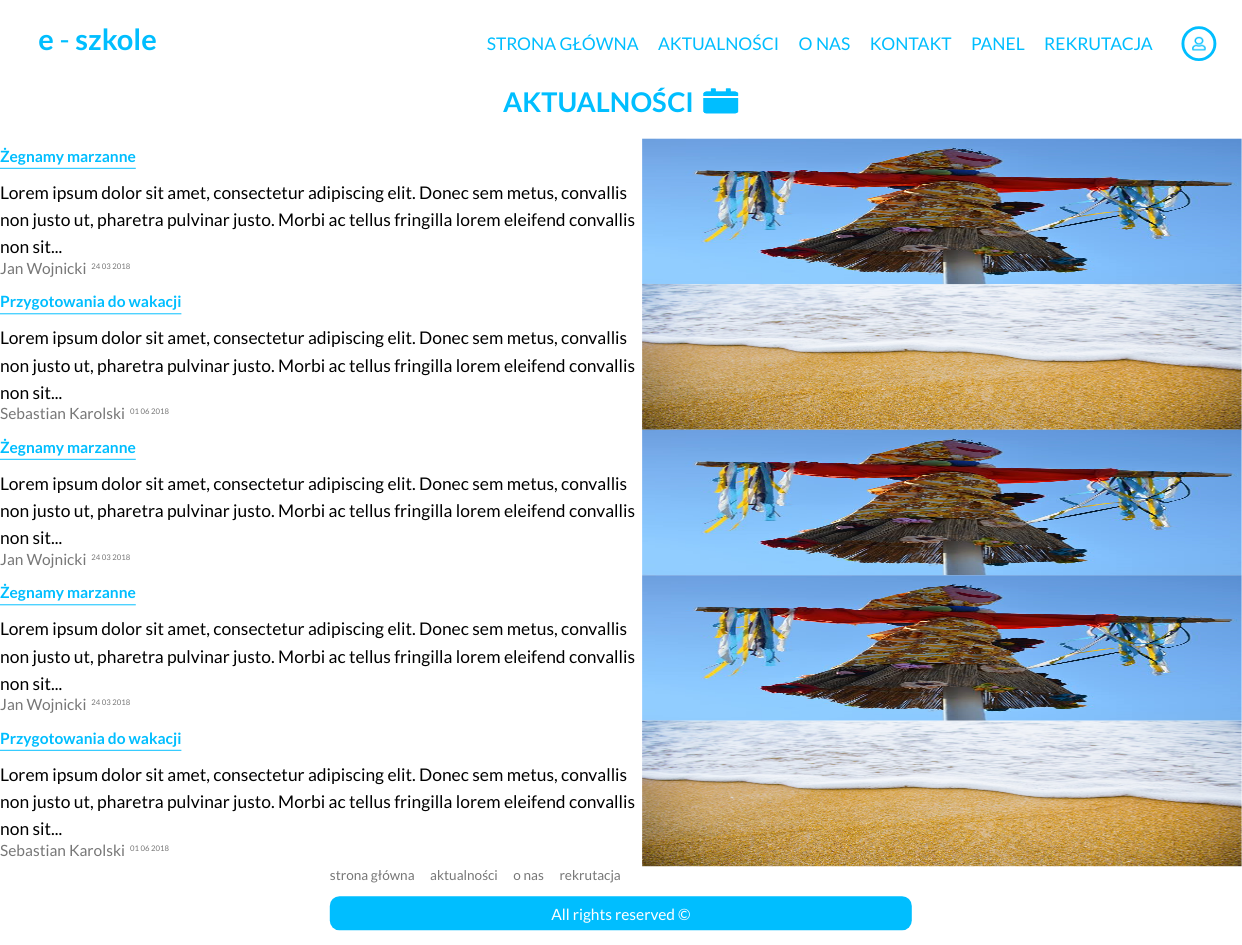
Repository: Votex874/e-szkole
Page: /blog (app in app/)
An editor plug-in stored every save of this project. The page is shown before and after the next save, followed by the edit.
The browser window is 1280 px wide. The pictures show the whole page, at 97% of full size.
The project was rebuilt for these pictures with package versions that can differ from the ones it lists, and the page was loaded fresh each time. Also part of the build but not shown: app/src/components/News/Title/index.js, app/src/components/News/Content/index.js, app/src/components/News/Avatar/index.js, app/src/components/News/Footer/index.js, app/src/components/News/index.js, app/src/components/AboutUs/Content/index.js, app/src/components/AboutUs/index.js, app/src/components/Graduates/ListItem/index.js and 11 more.

Above is the page before, as saved 2019-03-05 19:27:25.

### app/src/index.js
import React from 'react';
import ReactDOM from 'react-dom';
import App from './App';
import * as serviceWorker from './serviceWorker';
import { createStore } from 'redux';
import { Provider } from 'react-redux';
import rootReducer from './reducers/rootReducer'

const store = createStore(rootReducer);

ReactDOM.render(<Provider store={store}><App /></Provider>, document.getElementById('root'));

// If you want your app to work offline and load faster, you can change
// unregister() to register() below. Note this comes with some pitfalls.
// Learn more about service workers: http://bit.ly/CRA-PWA
serviceWorker.unregister();

### app/src/App.js
import React, { Component } from 'react';
import { Route, BrowserRouter, Switch } from 'react-router-dom'
import './reset.scss'

import Home from './containers/Home/index'
import Login from './containers/Login/index'
import Contact from './containers/Contact/index'
import News from './containers/News/index'

class App extends Component {
  render() {
    return (
      <BrowserRouter>
        <Switch>
          <Route exact path='/' component={Home} />
          <Route path='/login' component={Login} />
          <Route path='/kontakt' component={Contact} />
          <Route path='/blog' component={News} />
        </Switch>
      </BrowserRouter>
    );
  }
}

export default App;

### app/src/reset.scss
html, body, div, span, applet, object, iframe,
h1, h2, h3, h4, h5, h6, p, blockquote, pre,
a, abbr, acronym, address, big, cite, code,
del, dfn, em, img, ins, kbd, q, s, samp,
small, strike, strong, sub, sup, tt, var,
b, u, i, center,
dl, dt, dd, ol, ul, li,
fieldset, form, label, legend,
table, caption, tbody, tfoot, thead, tr, th, td,
article, aside, canvas, details, embed,
figure, figcaption, footer, header, hgroup,
menu, nav, output, ruby, section, summary,
time, mark, audio, video {
	margin: 0;
	padding: 0;
	border: 0;
	font-size: 100%;
	font: inherit;
	vertical-align: baseline;
}
/* HTML5 display-role reset for older browsers */
article, aside, details, figcaption, figure,
footer, header, hgroup, menu, nav, section {
	display: block;
}
body {
	line-height: 1;
}
ol, ul {
	list-style: none;
}
blockquote, q {
	quotes: none;
}
blockquote:before, blockquote:after,
q:before, q:after {
	content: '';
	content: none;
}
table {
	border-collapse: collapse;
	border-spacing: 0;
}
@import url('https://fonts.googleapis.com/css?family=Lato:300,300i,400,400i,700&amp;subset=latin-ext');

 body {
	font-family: 'Lato', sans-serif;
 }

 a{
	 text-decoration: none;
 }

### app/src/containers/News/index.js
import React, { Component } from 'react'

import HeaderMain from '../../components/HeaderMain/index'
import Footer from '../../components/Footer/index'
import Blog from '../../components/Blog/index'


class News extends Component {
  render (){
    return (
      <React.Fragment>
        <HeaderMain />
        <Blog />
        <Footer />
      </React.Fragment>
    )
  }
}

export default News

### app/src/components/HeaderMain/index.js
import React, { Component } from 'react';
import styled from 'styled-components'
import Logo from '../Logo/index'
import Navigation from '../Nav/index'
import Hamburger from '../Hamburger/index'

const Header = styled.header`
 max-width: 1400px;
 height: 100px;
 margin: 0 auto;
 display: flex;
 justify-content: space-between;
 align-items: center;
 box-sizing: border-box;
 margin-top: 15px;
 @media (max-width: 1400px){
   width: 96%;
   height: 50px;
   align-items: center;
 }
`

class HeaderMain extends Component {
  constructor(props){
    super(props)

    this.state = {
      width: 0
    }
  }

  componentDidMount = () => {
    this.updateWindowDimensions();
    window.addEventListener('resize', this.updateWindowDimensions);
  }

  componentWillUnmount = () => {
    window.removeEventListener('resize', this.updateWindowDimensions);
  }

  updateWindowDimensions = () => {
    this.setState({ width: window.innerWidth });
  }

  render() {
    const { width } = this.state;
    return (
      <Header>
        <Logo />
        { width <= 767 ? <Hamburger /> : <Navigation /> }
      </Header>
    );
  }
}

export default HeaderMain;

### app/src/components/Footer/index.js
import React, { Component } from 'react'
import styled from 'styled-components'
import FooterNav from './FooterNav/index'
import { lightBlue } from '../../constColors'

const FooterContainer = styled.footer`
  width: 600px;
  margin: 0 auto;
  @media (max-width: 767px){
    width: 100%;
  }
`

const FooterBanner = styled.div`
  background-color: ${lightBlue};
  display: flex;
  justify-content: center;
  align-items: center;
  color: #fff;
  margin: 15px auto;
  height: 35px;
  border-radius: 10px;
  @media (max-width: 767px){
    width: 100%;
    border-radius: 0;
  }
`

class Footer extends Component {
  render(){
    return (
      <FooterContainer>
        <FooterNav />
        <FooterBanner>All rights reserved &copy; </FooterBanner>
      </FooterContainer>
    )
  }
}


export default Footer

### app/src/components/Blog/index.js
import React, { Component } from 'react'
import styled from 'styled-components'
import { connect } from 'react-redux'

import Post from './Post/index'
import SectionTitle from '../SectionTitle/index'
import IconNews from '../../images/icons/calendar.png'

const BlogContainer = styled.section`
`

class Blog extends Component {
  constructor(props){
    super(props)

    this.state = {
      title: "Aktualności"
    }
  }

  render(){
    const { news } = this.props
    return (
      <BlogContainer>
      <SectionTitle img={IconNews} title={this.state.title} />
        {news.map((post, i) => (
          <Post key={i} content={post} />
        ))}
      </BlogContainer>
    )
  }
}

const mapStateToProps = ({ news }) => {
  return {
    news
  }
}

export default connect(mapStateToProps)(Blog)

### app/src/components/Logo/index.js
import React, { Component } from 'react';
import styled from 'styled-components'
import { shineOnHover, lightBlue } from '../../constColors'
import { Link } from 'react-router-dom'

const Alink = styled.span`
  display: flex;
  flex-direction: column;
  justify-content: center;
  align-items: center;
  width: 225px;
  padding: 0 10px;
  text-decoration: none;
  font-size: 50px;
  @media (max-width: 767px) {
    width: 150px;
    height: auto;
    font-size: 28px;
    align-items: flex-start;
    justify-content: flex-start;
    padding: 0;
  }
  @media (min-width: 768px) and (max-width: 1400px) {
    width: 150px;
    font-size: 30px;
    padding: 0;
  }
  @media (min-width: 1401px){
    ${shineOnHover}
  }
`
const Span = styled.h1`
  color: ${lightBlue};
  transition: .2s;
`
const Bold = styled.b`
  font-weight: bold;
`

class Logo extends Component {
  constructor(props){
    super(props)

    this.state = {
      logoLink: '/'
    }
  }
  render() {
    const { logoLink } = this.state;
    return (
      <Link to={logoLink}>
        <Alink>
          <Span id='logo' className="logo2"><Bold>e</Bold> - <Bold>szkole</Bold></Span>
        </Alink>
      </Link>
    );
  }
}

export default Logo;

### app/src/components/Nav/index.js
import React, { Component } from 'react';
import { connect } from 'react-redux'
import styled from 'styled-components'
import SingleLink from './Link/index'
import LoginButton from './../LoginButton/index';


const Nav = styled.nav`
  display: flex;
  margin: 10px 20px 0 auto;
  @media (max-width: 767px){
    flex-direction: column;
    margin: 120px 0 0 0;
  }
`

class Navigation extends Component {

  render() {
    const { links } = this.props;
    let listOfLinks = [];
    let i = 0;
    for (const key of Object.keys(links)) {
      // console.log(key, links[key]);
      listOfLinks[i] = <SingleLink data={links[key]} key={key} />
      i++;
    }
    return (
      <React.Fragment>
        <Nav>
          {listOfLinks}
        </Nav>
        <LoginButton />
      </React.Fragment>
    );
  }
}

const mapStateToProps = (state) => {
  return {
    links: state.links
  }
}

export default connect(mapStateToProps)(Navigation);

### app/src/components/Hamburger/index.js
import React, { Component } from 'react';
import styled from 'styled-components'
import hamburgerImg from '../../images/icons/hamburger.png'
import times from '../../images/icons/times.png'
import Navigation from '../Nav/index'

const Hamburger = styled.div`
  width: 40px;
  height: 40px;
`

const HamburgerImg = styled.img`
  width: 100%;
  height: 100%;
  opacity: 1;
  transition: .4s;
  position: relative;
  z-index: 10;
`

const MobileContainer = styled.div`
  position: absolute;
  display: flex;
  flex-direction: column-reverse;
  top: 0;
  left: 0;
  width: 100vw;
  height: 100vh;
  background-color: #fff;
  opacity: .9;
  z-index: 1;
  transition: .3s;
`

class Hambuger extends Component {
  constructor(props){
    super(props)

    this.body = document.querySelector('body');

    this.state = {
      imgAlt: 'hamburgerMenuIcon',
      imgSrc: hamburgerImg,
      fade: 1,
      displayMobile: 'none'
    }
  }

  handleHamburger = () => {
    const { imgSrc } = this.state;
    setTimeout( () => {
      if (imgSrc !== hamburgerImg) {
        this.body.style.overflow = "auto";
        this.setState({
          imgSrc: hamburgerImg,
          displayMobile: 'none',
          fade: 1
        })
      } else {
        this.body.style.overflow = "hidden";
        this.setState({
          imgSrc: times,
          displayMobile: 'block',
          fade: 1
        })
      }
    }, 400)
    this.setState({
      fade: 0
    })
  }

  render() {
    const { imgAlt, imgSrc, fade, displayMobile } = this.state
    return (
      <Hamburger>
        <HamburgerImg style={{opacity: fade}} src={imgSrc} alt={imgAlt} onClick={this.handleHamburger}/>
        <MobileContainer style={{display: displayMobile}}>
          <Navigation />
        </MobileContainer>
      </Hamburger>
    );
  }
}


export default Hambuger;

### app/src/components/SectionTitle/index.js
import React from 'react'
import styled from 'styled-components'
import { lightBlue } from '../../constColors'

const HeaderTitle = styled.h2`
  color: ${lightBlue};
  font-size: 32px;
  text-transform: uppercase;
  font-weight: bold;
  text-align: center;
  @media (max-width: 767px){
    font-size: 22px;
  }
  @media (min-width: 768px) and (max-width: 1400px){
    font-size: 28px;
  }
`
const HeaderImg = styled.img`
  width: 40px;
  height: 30px;
  margin-left: 10px;
  @media(max-width: 767px){
    width: 30px;
    height: 20px;
  }
  @media (min-width: 768px) and (max-width: 1400px){
    width: 36px;
    height: 26px;
  }
`

const Header = styled.header`
  display: flex;
  justify-content: center;
  align-items: center;
  width: 90%;
  margin: 25px auto;
`

const SectionTitle = ({ title, img }) => {
  return (
    <Header>
      <HeaderTitle>{title}</HeaderTitle>
      <HeaderImg src={img} alt="ikona zespolu"/>
    </Header>
  )
}


export default SectionTitle;

### app/src/components/Footer/FooterNav/index.js
import React, { Component } from 'react'
import styled from 'styled-components'
import NavLink from './NavLink/index'
import { connect } from 'react-redux'

const NavContainer = styled.nav`
  display: flex;
  justify-content: space-between;
  width: 50%;
  @media (max-width: 767px){
    width: 90%;
    margin: 0 auto;
  }
`

class FooterNav extends Component {
  constructor(props){
    super(props)

    this.state = {
      nav: []
    }
  }
  componentDidMount = () => {
    const { links } = this.props
    let listOfNavs = [];
    let i = 0;
    for (const key of Object.keys(links)) {
      if(links[key].basic === 'true'){
        listOfNavs[i] =
          <NavLink name={links[key].name} url={links[key].url} key={key} />
        i++;
      }
    }
    this.setState({
      nav: listOfNavs
    })
  }

  render(){
    const { nav } = this.state;
    return(
      <NavContainer>
        {nav}
      </NavContainer>
    )
  }
}

const mapStateToProps = (state) => {
  return {
    links: state.links
  }
}

export default connect(mapStateToProps)(FooterNav);

### app/src/constColors.js
const brown = '#BF5000';
const greenDark = '#008723';
const greenLight = '#34BD56';
const lightBlue = '#00BEFF';
const turquoise = '#fff';
const darkBlue = '#0057AE';

const shineOnHover = `
position: relative;
    overflow: hidden;
    display: inline-block;
    border-radius: 5px;
    text-align: center;
    line-height: 50px;

  &:after {
    content: "";
    position: absolute;
    top: -110%;
    left: -210%;
    width: 200%;
    height: 200%;
    opacity: 0;
    /* transform: rotate(30deg); */

    background: rgba(0, 190, 255, 0.13);
    background: linear-gradient(
      to right,
      rgba(0, 190, 255, 0.13) 0%,
      rgba(0, 190, 255, 0.13) 77%,
      rgba(0, 190, 255, 0.5) 92%,
      rgba(0, 190, 255, 0.0) 100%
    );
  }

  &:hover:after {
    opacity: 1;
    top: -30%;
    left: -30%;
    transition-property: left, top, opacity;
    transition-duration: 0.7s, 0.7s, 0.15s;
    transition-timing-function: ease;
  }


  &:active:after {
    opacity: 0;
  }
`

export { brown, greenLight, greenDark, lightBlue, shineOnHover, turquoise, darkBlue }

### app/src/components/Blog/Post/index.js
import React, { Component } from 'react'
import styled from 'styled-components'

import Avatar from './Avatar/index'
import Content from './Content/index'
import Footer from './Footer/index'
import Title from './Title/index'

const PostContainer = styled.article`
  display: flex;
  margin: 0 auto;

  @media (max-width: 767px){
    flex-direction: column-reverse;
    max-width: 300px;
  }
`

const ContentContainer = styled.section`

`

class Post extends Component {
  render() {
    const { content } = this.props
    return (
      <PostContainer>
        <ContentContainer>
          <Title title={content.title} />
          <Content text={content.content} />
          <Footer date={content.date} author={content.author} />
        </ContentContainer>
        <Avatar img={content.imageName} />
      </PostContainer>
    )
  }
}

export default Post

### app/src/components/Nav/Link/index.js
import React from 'react';
import styled from 'styled-components'
import { shineOnHover, lightBlue } from '../../../constColors'
import { Link } from 'react-router-dom'

const Alink = styled.span`
  text-decoration: none;
  color: ${lightBlue};
  margin: 10px 0;
  padding: 0 12px;
  font-size: 20px;
  text-transform: uppercase;
  text-align: center;

  @media (max-width: 767px){
    font-size: 24px;
    display: flex;
    justify-content: center;
    align-items: center;
  }
  @media (min-width: 768px) and (max-width: 1050px){
    font-size: 14px;
    margin: 10px 0;
    padding: 4px;
  }
  @media (min-width: 1051px) and (max-width: 1400px){
    font-size: 18px;
    margin: 10px 0;
    padding: 0 10px;
  }
  @media (min-width: 1401px){
    ${shineOnHover}
}
`

const SingleLink = ({ data }) => {
  const handleClick = () => {
    document.querySelector('body').style.overflow = "auto";
  }
  return (
    <Link onClick={handleClick} to={data.url}>
      <Alink>
        {data.name}
      </Alink>
    </Link>
  )
}

export default SingleLink;

### app/src/components/LoginButton/index.js
import React, { Component } from 'react';
import styled from 'styled-components'
import imgUser from '../../images/icons/loginUser.png'
import { shineOnHover, lightBlue } from '../../constColors'
import { Link } from 'react-router-dom'

const ButtonAlink = styled.span`
  width: 160px;
  height: 30px;
  font-size: 14px;
  text-transform: uppercase;
  font-weight: bold;
  text-decoration: none;
  display: flex;
  justify-content: center;
  align-items: center;
  border-radius: 20px;
  border: 3px solid ${lightBlue};
  margin-top: 10px;
  @media (max-width: 767px){
    position: absolute;
    top: 15px;
    left: 10px;
    width: 220px;
    height: 40px;
    font-size: 24px;
  }
  @media (min-width: 768px) and (max-width: 1400px){
    width: 30px;
  }
  @media (min-width: 1401px){
    ${shineOnHover}
    border-radius: 20px;
    line-height: normal;
    display: flex;
  }
`

const IconImg = styled.img`
  background-position: center;
  background-size: cover;
  background-repeat: no-repeat;
  margin-left: 15px;
  width: 14px;
  height: 14px;
  @media (max-width: 767px){
    width: 26px;
    height: 26px;
  }
  @media (min-width: 768px) and (max-width: 1400px){
    margin-left: 0;
  }
`
const SpanText = styled.span`
  color: ${lightBlue};
  @media (min-width: 768px) and (max-width: 1400px){
    display: none;
  }
`

class LoginButton extends Component {
  constructor(props){
    super(props)

    this.state = {
      loginLink: '/login'
    }
  }

  handleEnableScroll = () => {
    document.querySelector('body').style.overflow = "auto";
  }

  render() {
    const { loginLink } = this.state;
    return (
      <Link onClick={this.handleEnableScroll} to={loginLink} >
        <ButtonAlink>
          <SpanText>zaloguj się</SpanText>
          <IconImg src={imgUser} />
        </ButtonAlink>
      </Link>
    );
  }
}

export default LoginButton;

### app/src/components/Footer/FooterNav/NavLink/index.js
import React from 'react'
import styled from 'styled-components'
import { Link } from 'react-router-dom'

const Alink = styled.span`
  text-decoration: none;
  font-size: 14px;
  color: #777;
  @media (max-width: 767px){
    font-size: 12px;
  }
  @media (min-width: 768px) and (max-width: 1400px){
    font-size: 14px;
  }
`


const NavLink = ({ name, url }) => {
  return (
    <Link to={url}>
      <Alink>{name}</Alink>
    </Link>
  )
}

export default NavLink

### app/src/components/Blog/Post/Avatar/index.js
import React from 'react'
import styled from 'styled-components'

const AvatarImg = styled.img`
  width: 100%;
  height: 100%;
`

const ContainerImg = styled.div`
  width: 100%;
  height: 150px;
  margin: 0 auto;
  @media (max-width: 767px){
    height: 150px;
  }
`

const Avatar = ({ img }) => {
  return (
    <ContainerImg>
      <AvatarImg src={require(`../../../../images/news/${img}.png`)} />
    </ContainerImg>
  )
}

export default Avatar

### app/src/components/Blog/Post/Content/index.js
import React from 'react'
import styled from 'styled-components'

const TextContainer = styled.p`
  font-size: 18px;
  line-height: 28px;
  @media (max-width: 767px){
    line-height: 24px;
    font-size: 16px;
  }
`

const Content = ({ text }) => {
  return (
    <TextContainer>{text.slice(0, 198)}...</TextContainer>
  )
}

export default Content

### app/src/components/Blog/Post/Footer/index.js
import React from 'react'
import styled from 'styled-components'

const FooterContainer = styled.footer`
  color: #777;
  font-size: 16px;
  display: flex;
  margin-left: auto;
`

const DateContainer = styled.span`
  margin-left: 8px;
  font-size: 50%;
  display: block;
  margin: 2px 0 auto 5px;
`

const Footer = ({ author, date }) => {
  return (
    <FooterContainer>
      {author}
      <DateContainer>{date}</DateContainer>
    </FooterContainer>
  )
}

export default Footer

### app/src/components/Blog/Post/Title/index.js
import React from 'react'
import styled from 'styled-components'

import { lightBlue } from '../../../../constColors'

const Header = styled.header`
`

const ContainerTitle = styled.h2`
  margin: 10px 0;
  padding-bottom: 4px;
  font-weight: bold;
  color: ${lightBlue};
  border-bottom: 1px solid ${lightBlue};
  display: inline-block;
  @media (max-width: 767px){
    font-size: 20px;
  }
`

const Title = ({ title }) => {
  return (
    <Header>
      <ContainerTitle>{title}</ContainerTitle>
    </Header>
  )
}

export default Title

Loaded but not shown: app/public/index.html (common file); app/src/serviceWorker.js (common file); app/src/reducers/rootReducer.js (90 lines, source omitted)

After the next save:
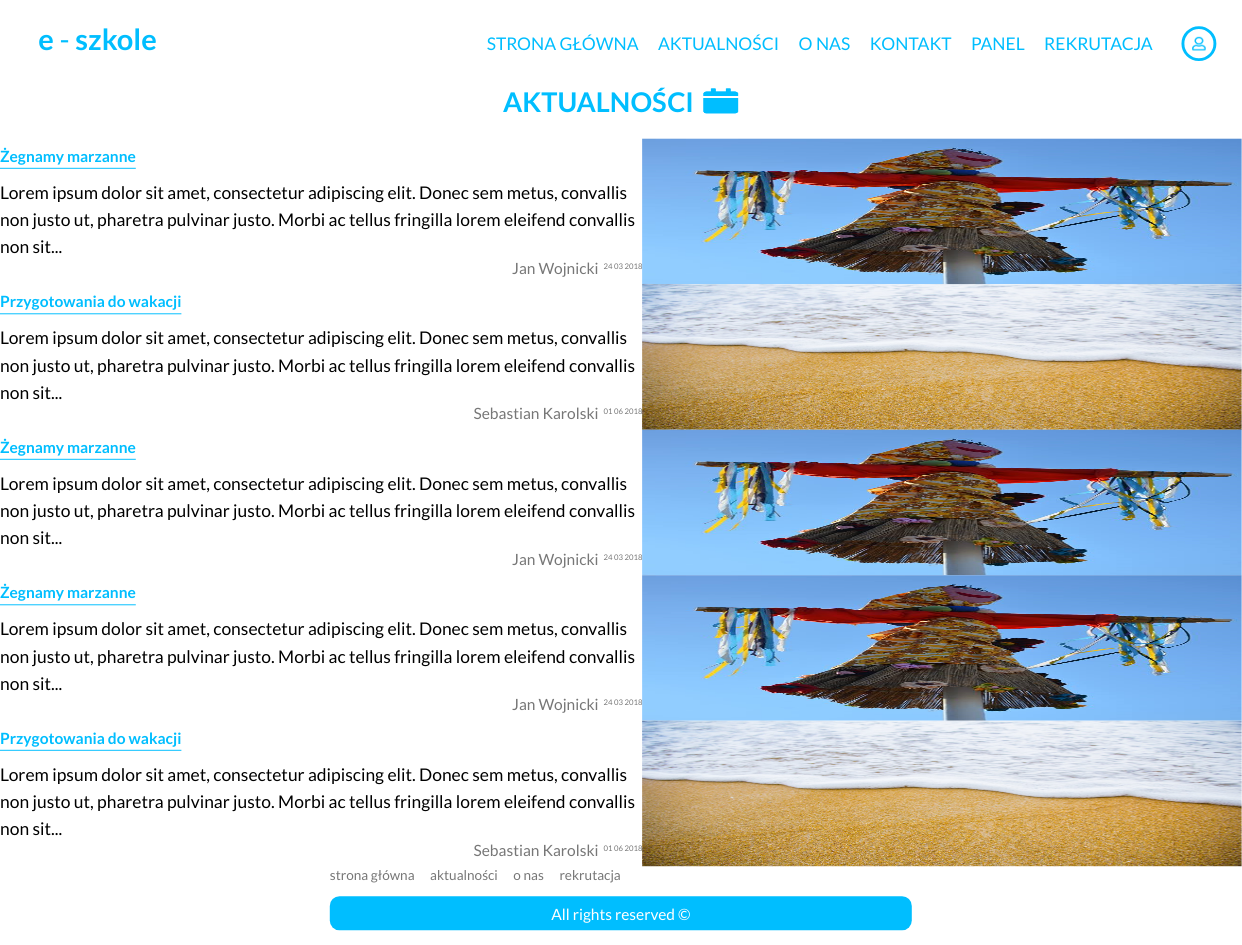
Saved 13 s later.
--- a/app/src/components/Blog/Post/Footer/index.js
+++ b/app/src/components/Blog/Post/Footer/index.js
@@ -5,7 +5,7 @@ const FooterContainer = styled.footer`
   color: #777;
   font-size: 16px;
   display: flex;
-  margin-left: auto;
+  justify-content: flex-end;
 `
 
 const DateContainer = styled.span`
